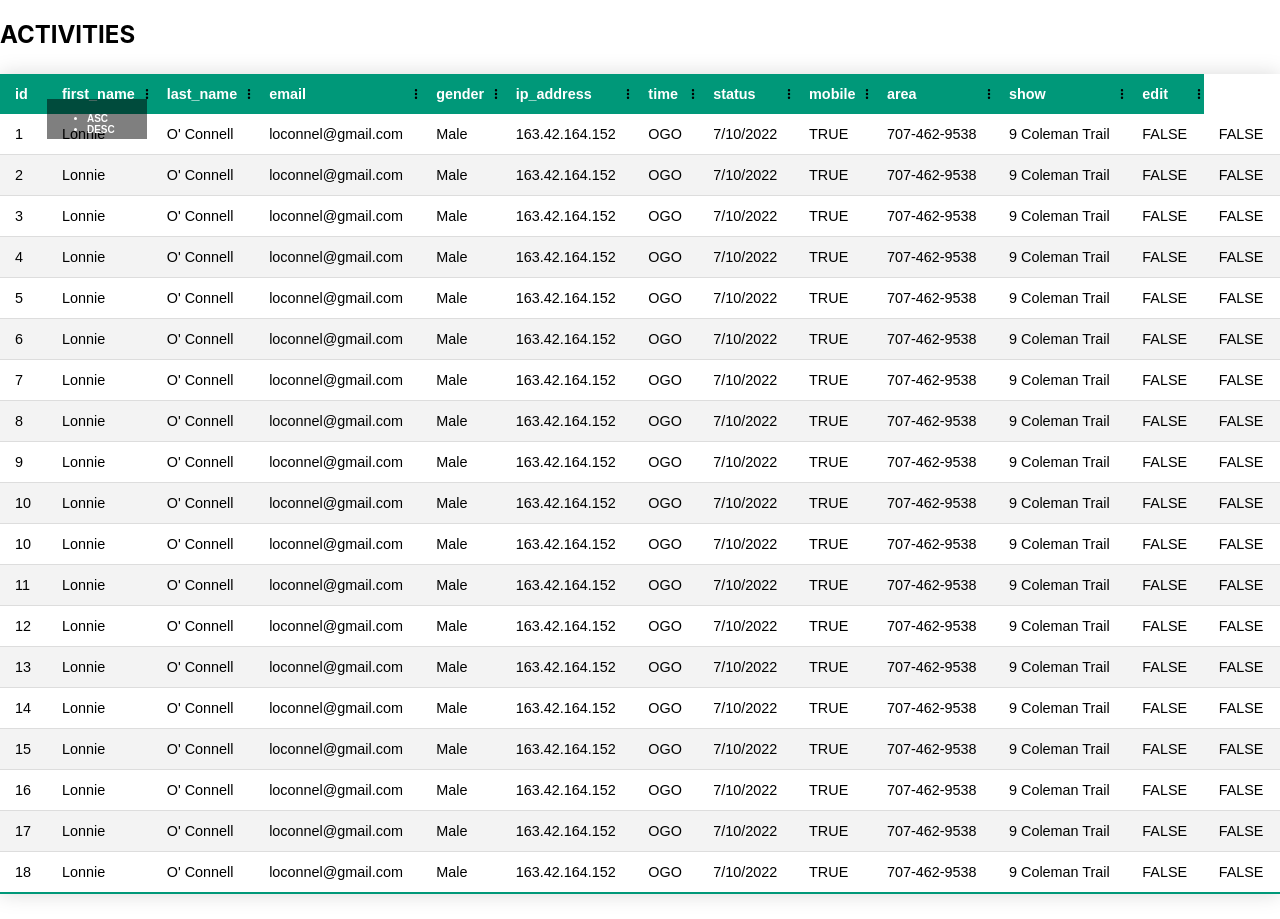
Repository: kartik077-cr7/Ckart
Page: /, after clicking the first element matching `img`
The author's editor kept a copy of each file at every save. The page is drawn from the files as they stood at one save, then again after the next save.
The browser window is 1280 px wide. The pictures show the whole page.
The project was rebuilt for these pictures with package versions that can differ from the ones it lists, and the page was loaded fresh each time.

Above is the page before, as saved 2022-12-10 18:13:43.

### src/App.js
import Table from "./components/Table";
import './App.css';

const driversData = [
  {
    id: 1,
    first_name: "Lonnie",
		last_name: "O' Connell ",
		email: "loconnel@gmail.com",
		gender: "Male",
		ip_address: "163.42.164.152",
		airport_code:"OGO",
		time:"7/10/2022",
		status:"TRUE",
		mobile:"707-462-9538",
		area: "9 Coleman Trail",
		show: "FALSE",
		edit: "FALSE"
  },
  {
    id: 2,
    first_name: "Lonnie",
		last_name: "O' Connell ",
		email: "loconnel@gmail.com",
		gender: "Male",
		ip_address: "163.42.164.152",
		airport_code:"OGO",
		time:"7/10/2022",
		status:"TRUE",
		mobile:"707-462-9538",
		area: "9 Coleman Trail",
		show: "FALSE",
		edit: "FALSE"
  },
  {
    id: 3,
    first_name: "Lonnie",
		last_name: "O' Connell ",
		email: "loconnel@gmail.com",
		gender: "Male",
		ip_address: "163.42.164.152",
		airport_code:"OGO",
		time:"7/10/2022",
		status:"TRUE",
		mobile:"707-462-9538",
		area: "9 Coleman Trail",
		show: "FALSE",
		edit: "FALSE"
  },
  {
    id: 4,
    first_name: "Lonnie",
		last_name: "O' Connell ",
		email: "loconnel@gmail.com",
		gender: "Male",
		ip_address: "163.42.164.152",
		airport_code:"OGO",
		time:"7/10/2022",
		status:"TRUE",
		mobile:"707-462-9538",
		area: "9 Coleman Trail",
		show: "FALSE",
		edit: "FALSE"
  },
  {
    id: 5,
		first_name: "Lonnie",
		last_name: "O' Connell ",
		email: "loconnel@gmail.com",
		gender: "Male",
		ip_address: "163.42.164.152",
		airport_code:"OGO",
		time:"7/10/2022",
		status:"TRUE",
		mobile:"707-462-9538",
		area: "9 Coleman Trail",
		show: "FALSE",
		edit: "FALSE"
  },
  {
    id: 6,
		first_name: "Lonnie",
		last_name: "O' Connell ",
		email: "loconnel@gmail.com",
		gender: "Male",
		ip_address: "163.42.164.152",
		airport_code:"OGO",
		time:"7/10/2022",
		status:"TRUE",
		mobile:"707-462-9538",
		area: "9 Coleman Trail",
		show: "FALSE",
		edit: "FALSE"
  },
  {
    id: 7,
		first_name: "Lonnie",
		last_name: "O' Connell ",
		email: "loconnel@gmail.com",
		gender: "Male",
		ip_address: "163.42.164.152",
		airport_code:"OGO",
		time:"7/10/2022",
		status:"TRUE",
		mobile:"707-462-9538",
		area: "9 Coleman Trail",
		show: "FALSE",
		edit: "FALSE"
  },
  {
    id: 8,
		first_name: "Lonnie",
		last_name: "O' Connell ",
		email: "loconnel@gmail.com",
		gender: "Male",
		ip_address: "163.42.164.152",
		airport_code:"OGO",
		time:"7/10/2022",
		status:"TRUE",
		mobile:"707-462-9538",
		area: "9 Coleman Trail",
		show: "FALSE",
		edit: "FALSE"
  },
  {
    id: 9,
		first_name: "Lonnie",
		last_name: "O' Connell ",
		email: "loconnel@gmail.com",
		gender: "Male",
		ip_address: "163.42.164.152",
		airport_code:"OGO",
		time:"7/10/2022",
		status:"TRUE",
		mobile:"707-462-9538",
		area: "9 Coleman Trail",
		show: "FALSE",
		edit: "FALSE"
  },
  {
    id: 10,
    first_name: "Lonnie",
		last_name: "O' Connell ",
		email: "loconnel@gmail.com",
		gender: "Male",
		ip_address: "163.42.164.152",
		airport_code:"OGO",
		time:"7/10/2022",
		status:"TRUE",
		mobile:"707-462-9538",
		area: "9 Coleman Trail",
		show: "FALSE",
		edit: "FALSE"
  },
  {
    id: 10,
		first_name: "Lonnie",
		last_name: "O' Connell ",
		email: "loconnel@gmail.com",
		gender: "Male",
		ip_address: "163.42.164.152",
		airport_code:"OGO",
		time:"7/10/2022",
		status:"TRUE",
		mobile:"707-462-9538",
		area: "9 Coleman Trail",
		show: "FALSE",
		edit: "FALSE"

  },
  {
    id: 11,
    first_name: "Lonnie",
		last_name: "O' Connell ",
		email: "loconnel@gmail.com",
		gender: "Male",
		ip_address: "163.42.164.152",
		airport_code:"OGO",
		time:"7/10/2022",
		status:"TRUE",
		mobile:"707-462-9538",
		area: "9 Coleman Trail",
		show: "FALSE",
		edit: "FALSE"
  },
  {
    id: 12,
    first_name: "Lonnie",
		last_name: "O' Connell ",
		email: "loconnel@gmail.com",
		gender: "Male",
		ip_address: "163.42.164.152",
		airport_code:"OGO",
		time:"7/10/2022",
		status:"TRUE",
		mobile:"707-462-9538",
		area: "9 Coleman Trail",
		show: "FALSE",
		edit: "FALSE"
  },
  {
    id: 13,
		first_name: "Lonnie",
		last_name: "O' Connell ",
		email: "loconnel@gmail.com",
		gender: "Male",
		ip_address: "163.42.164.152",
		airport_code:"OGO",
		time:"7/10/2022",
		status:"TRUE",
		mobile:"707-462-9538",
		area: "9 Coleman Trail",
		show: "FALSE",
		edit: "FALSE"
  },
  {
    id: 14,
		first_name: "Lonnie",
		last_name: "O' Connell ",
		email: "loconnel@gmail.com",
		gender: "Male",
		ip_address: "163.42.164.152",
		airport_code:"OGO",
		time:"7/10/2022",
		status:"TRUE",
		mobile:"707-462-9538",
		area: "9 Coleman Trail",
		show: "FALSE",
		edit: "FALSE"
  },
  {
    id: 15,
		first_name: "Lonnie",
		last_name: "O' Connell ",
		email: "loconnel@gmail.com",
		gender: "Male",
		ip_address: "163.42.164.152",
		airport_code:"OGO",
		time:"7/10/2022",
		status:"TRUE",
		mobile:"707-462-9538",
		area: "9 Coleman Trail",
		show: "FALSE",
		edit: "FALSE"
  },
  {
    id: 16,
		first_name: "Lonnie",
		last_name: "O' Connell ",
		email: "loconnel@gmail.com",
		gender: "Male",
		ip_address: "163.42.164.152",
		airport_code:"OGO",
		time:"7/10/2022",
		status:"TRUE",
		mobile:"707-462-9538",
		area: "9 Coleman Trail",
		show: "FALSE",
		edit: "FALSE"
  },
  {
    id: 17,
		first_name: "Lonnie",
		last_name: "O' Connell ",
		email: "loconnel@gmail.com",
		gender: "Male",
		ip_address: "163.42.164.152",
		airport_code:"OGO",
		time:"7/10/2022",
		status:"TRUE",
		mobile:"707-462-9538",
		area: "9 Coleman Trail",
		show: "FALSE",
		edit: "FALSE"
  },
  {
    id: 18,
		first_name: "Lonnie",
		last_name: "O' Connell ",
		email: "loconnel@gmail.com",
		gender: "Male",
		ip_address: "163.42.164.152",
		airport_code:"OGO",
		time:"7/10/2022",
		status:"TRUE",
		mobile:"707-462-9538",
		area: "9 Coleman Trail",
		show: "FALSE",
		edit: "FALSE"
  },
];


function App() {
  return (
    <div className="App">
			<Table
			   data = {driversData}
			   headingColumns={["id","first_name","last_name","email","gender","ip_address","time","status","mobile","area","show","edit"]}
				 title = "Activities"
			/>
    </div>
  );
}

export default App;

### src/components/Table.js
import React from "react";
import Column from "./Column";

const Table = ({ data,headingColumns,title,handleFilter,sortedCol }) => {

	const rowDatas = data.map((row,index) => {

		let rowData = [];
		let i = 0;

		for(const key in row){
			rowData.push({
				key: headingColumns[i],
				val: row[key]
			});
			i++;
		}

		const checkStatus = (data) => {
			if(data.key == 'status')
			{
				if(data.val == 'FALSE')
				  return 'red';
				else
				  return 'green';
			}
			else
			  return '';
		}

		return <tr key={index}>
		{rowData.map((data, index) => <td key={index} className={checkStatus(data)}  data-heading={data.key}>{data.val}</td>)}
	  </tr>
	})

	return (
		<div className="table-container">
			<div className="table-title">
				<h2>{title.toUpperCase()}</h2>
			</div>
			<table className="table-class">
				<thead>
					<tr>
						{headingColumns.map((col,index) => (
							<Column sortedCol={sortedCol} handleFilter={handleFilter} key={index} column_name={col} index={index}/>
						))}
					</tr>
				</thead>
				<tbody>
					{rowDatas}
				</tbody>
			</table>
		</div>
	)
}

export default Table;

### src/App.css
.table-container{
	width: 100%;
}
.table-class{
	width: 100%;
	border-collapse: collapse;
	margin: 25px 0;
	font-size: 0.9em;
	font-family: sans-serif;
	min-width: 400px;
	box-shadow: 0 0 20px rgba(0, 0, 0, 0.15);
}

.table-class thead tr {
	background-color: #009879;
	color: #ffffff;
	text-align: left;
}

.table-class th,
.table-class td {
    padding: 12px 15px;
}

.table-class tbody tr {
	border-bottom: 1px solid #dddddd;
}

.table-class tbody tr:nth-of-type(even) {
	background-color: #f3f3f3;
}

.table-class tbody tr:last-of-type {
	border-bottom: 2px solid #009879;
}

.table-class tbody tr.active-row {
	font-weight: bold;
	color: #009879;
}


.modal {
	position: absolute;
	left: 0;
	top: 25px;
	right: 0;
	bottom: 0;
	background-color: rgba(0,0,0,0.5);
	height: 40px;
	width:  100px;
}

.modal-body{
	padding: 0px;
}

li:before {
  position: absolute;
  content: "";
  width: 100%;
  height: 100%;
  bottom: 0;
  left: 0;
  background-color:#F68026;
  z-index: -1;
  transform: scale(0);
  transition: transform 0.5s ease-in-out;
}

### src/components/Column.js
import React from 'react';
import { useState } from 'react';
import Dots from "../svg/vertical_dot.svg";
import Modal from './Modal';

const Column = ({column_name,index}) => {

	const [open, setOpen] = useState(false);

	const handleOpen = () => {
		console.log("opening modal ");
		setOpen(!open);
	};

	const handleClose = () => {
    setOpen(false);
	};

	return (
		<th key = {index} style={{position:"relative"}} onClick = {() => {if(open)setOpen(false) } }>
			{column_name}
			{open && <Modal/>}
			{ index !== 0 && <img
			  onClick = {handleOpen}
				src = {Dots}
				style={{
					width: "10px",
					height: "10px",
					top: "15px",
					right: "0px",
					position: "absolute",
					cursor: "pointer",
				}}
			 />
			}
		</th>
	)
};

export default Column;

### src/components/Modal.js
import React from "react";

const Modal = () => {

	return(
		<div className="modal">
		    <ul>
					<li style={{fontSize:"10px"}}>ASC</li>
					<li style={{fontSize:"10px"}}>DESC</li>
				</ul>
		</div>
	)
};

export default Modal;

Loaded but not shown: public/index.html (common file); src/index.js (common file); src/index.css (common file); src/reportWebVitals.js (common file)

After the next save:
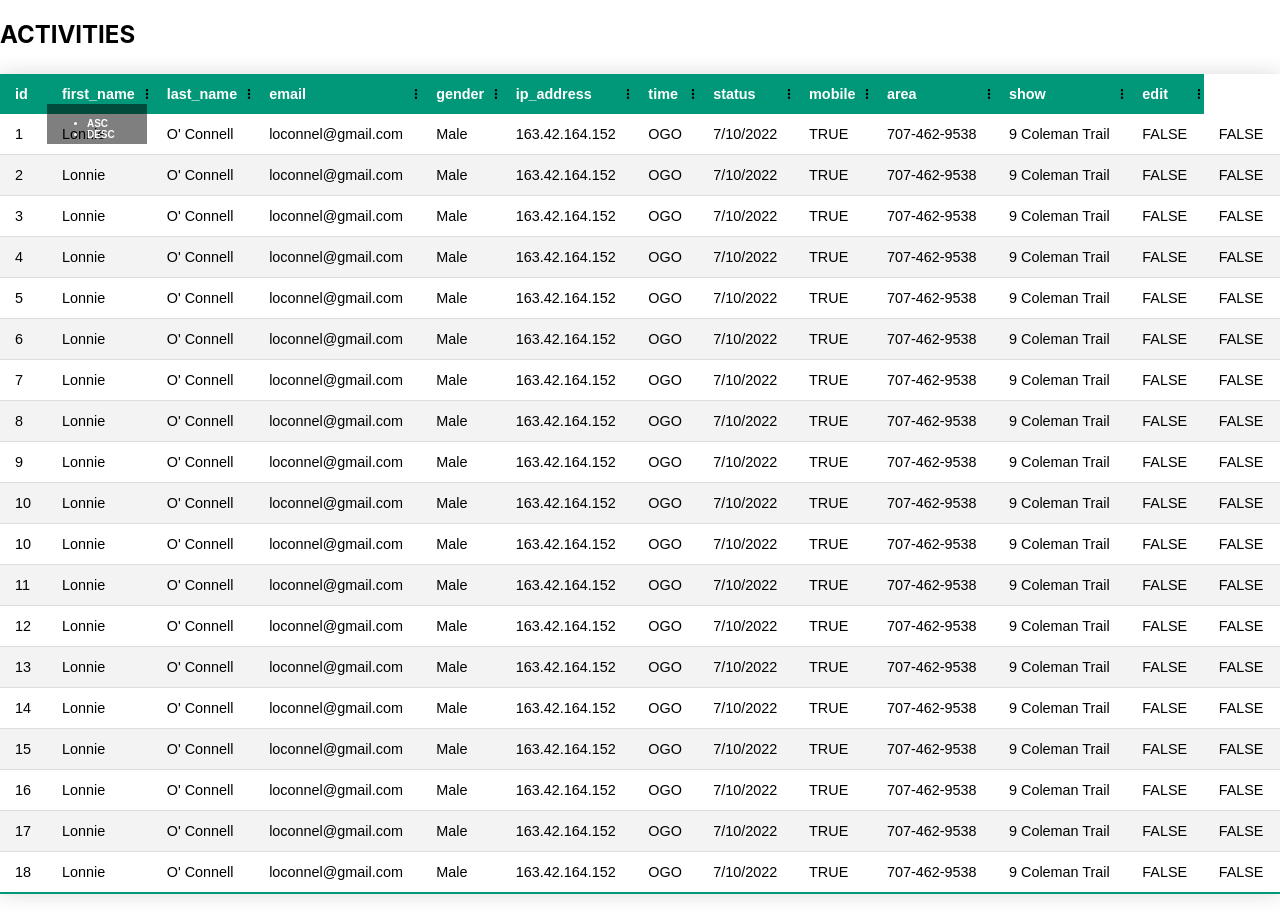
Saved 4 s later.
--- a/src/App.css
+++ b/src/App.css
@@ -43,7 +43,7 @@
 .modal {
 	position: absolute;
 	left: 0;
-	top: 25px;
+	top: 30px;
 	right: 0;
 	bottom: 0;
 	background-color: rgba(0,0,0,0.5);
